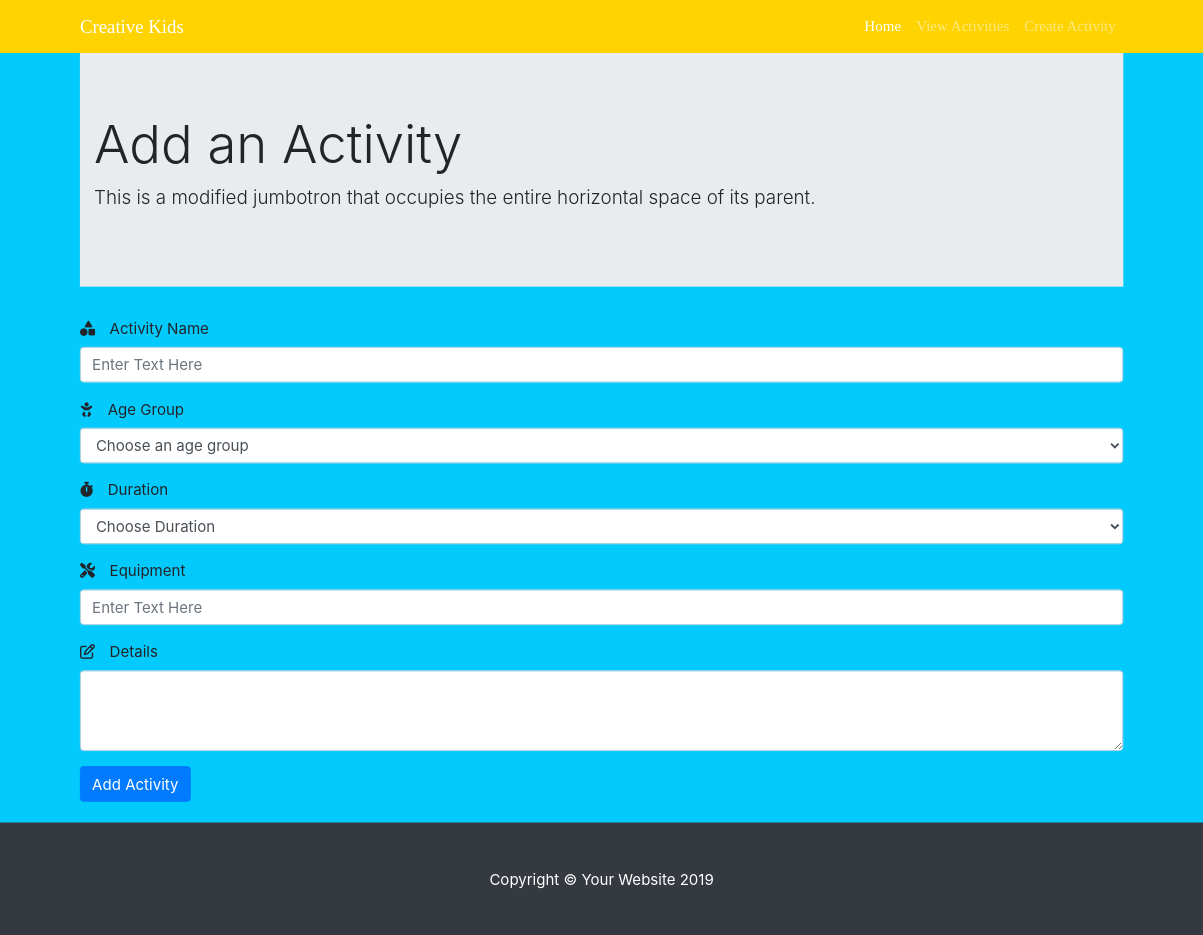
Repository: Neilfoster/milestone_project_3
Page: http://localhost/add_activity
The author's editor kept a record of every edit. The page is drawn from the files as they stood at one moment, then again after the next edit.
The browser window is 1280 px wide. The pictures show the whole page, at 94% of full size.
Some web fonts or font styles are not loaded; a fallback is used. Some web libraries are served in a nearby version. The page is served by the project's application, run on Flask 3 (app.py). Queries for data that is not in the repository find no rows.

Above is the page before.

After the next edit:
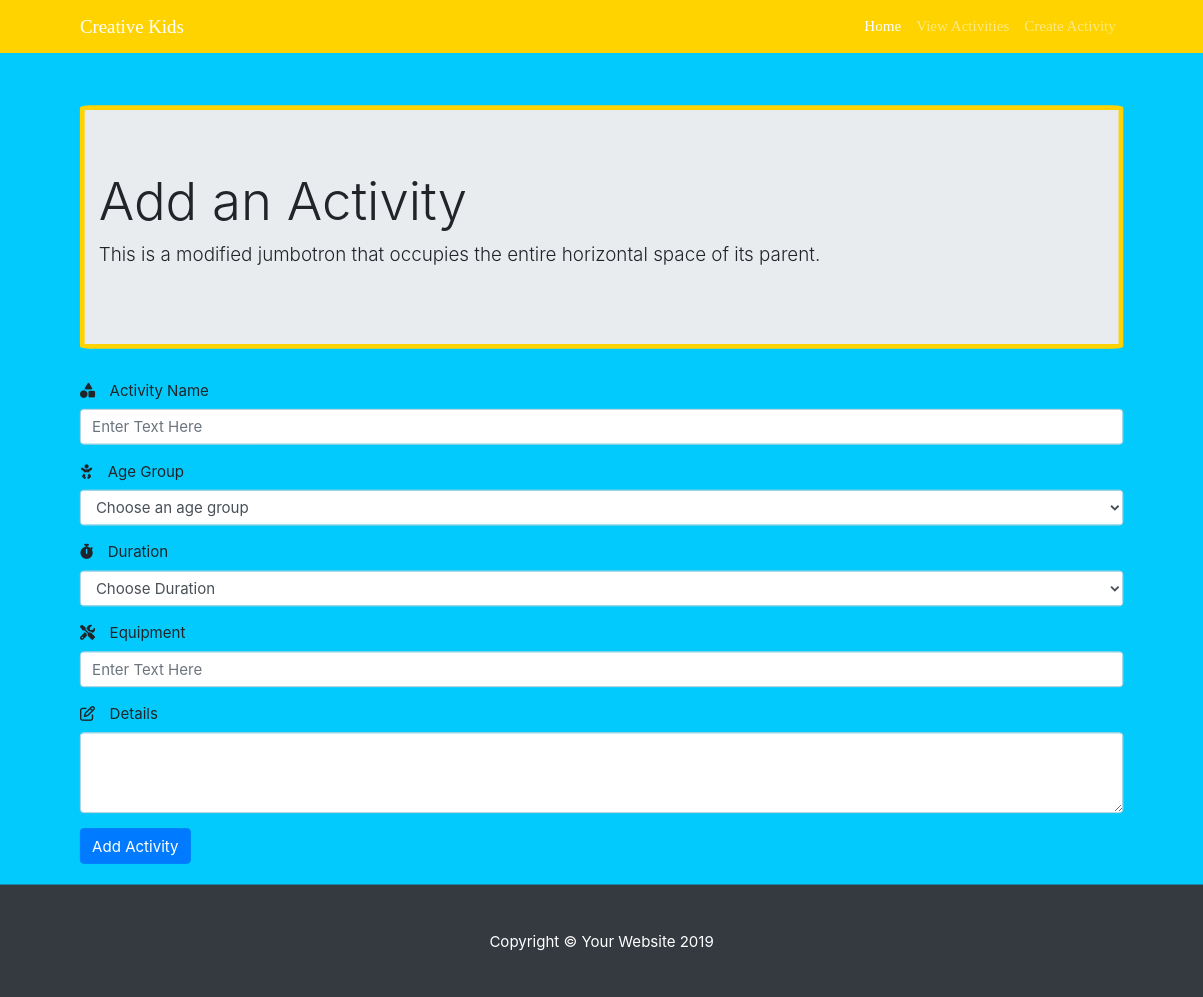
The edit:
--- a/templates/add_activity.html
+++ b/templates/add_activity.html
@@ -1,7 +1,7 @@
 {% extends "base.html" %} {% block content %}
 <div class="container">
     <!-- Heading -->
-    <div class="jumbotron jumbotron-fluid">
+    <div class="jumbotron jumbotron-fluid cstm_jumb">
         <div class="container">
             <h1 class="display-4">Add an Activity</h1>
             <p class="lead">This is a modified jumbotron that occupies the entire horizontal space of its parent.</p>
